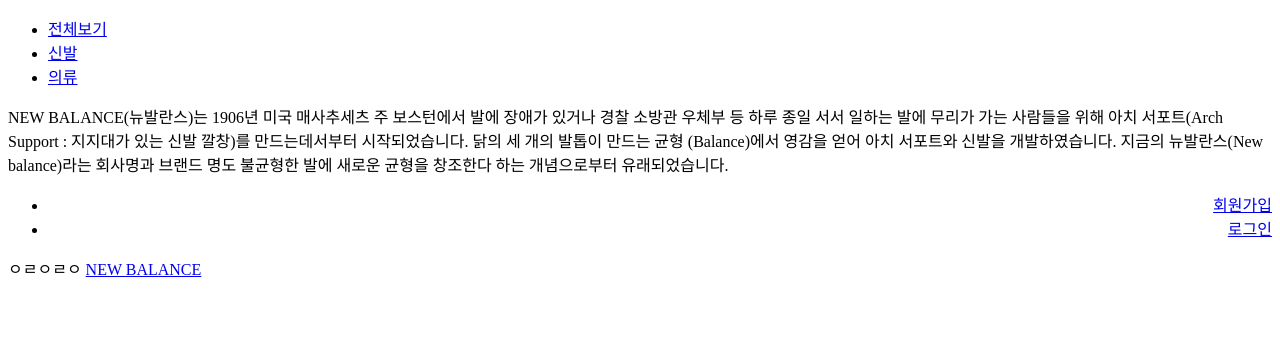
Repository: gotdori/spring
Page: http://localhost/LDM/WEB-INF/views/include/nav.jsp
These files come from the project's save history. The page is drawn as it stood at one moment and after the next save; the edit follows.
The browser window is 1280 px wide. The pictures show the whole page.
The page is served by Tomcat 9. Nobody is signed in. The template is opened directly, without the code that normally fills it, so the values that code supplies are empty.

Above is the page before, as saved 2023-03-23 08:32:00.

After the next save:
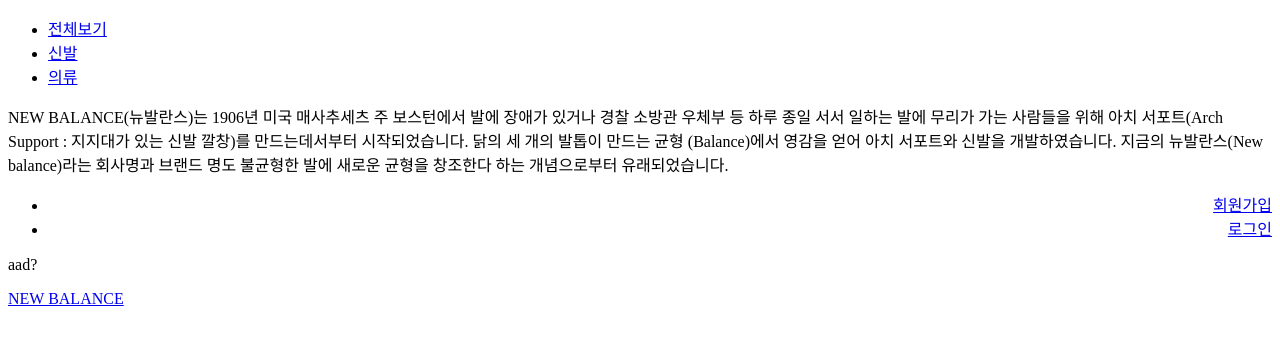
Saved 38 s later.
--- a/spring_workspace1/LDM/src/main/webapp/WEB-INF/views/include/nav.jsp
+++ b/spring_workspace1/LDM/src/main/webapp/WEB-INF/views/include/nav.jsp
@@ -46,9 +46,11 @@
 
 	<nav class="navbar navbar-light custom-navbar">
 		<div class="container">
-				<span>ㅇㄹㅇㄹㅇ</span>
+		<div>
+			<p>aad?</p>
 			<a class="navbar-brand" href="${ctx}/mall/list">NEW BALANCE</a> <a href="#" class="burger" data-bs-toggle="collapse" data-bs-target="#main-navbar">
 			</a>
+		</div>
 		</div>
 	</nav>
 
